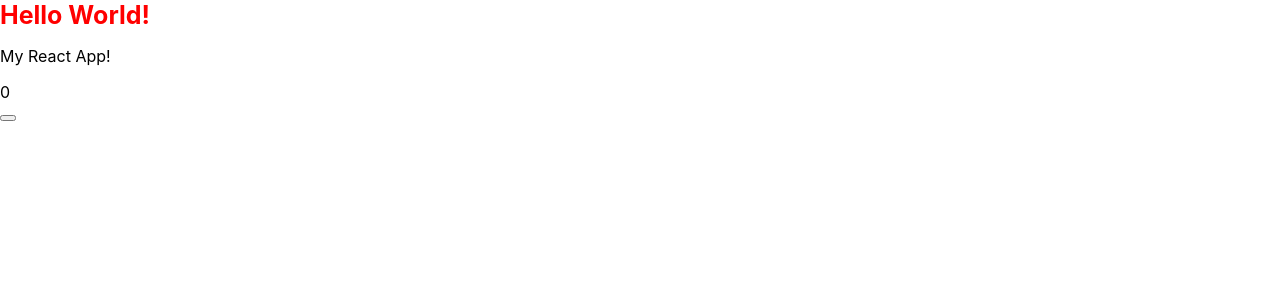
Repository: ruslan-horaiskyi/weatherApp
Page: /
The author's editor kept a copy of each file at every save. The page is drawn from the files as they stood at one save, then again after the next save.
The browser window is 1280 px wide. The pictures show the whole page.
The project was rebuilt for these pictures with package versions that can differ from the ones it lists, and the page was loaded fresh each time. Also part of the build but not shown: src/components/Button/Button.css, src/components/Button/Button.jsx.

Above is the page before, as saved 2023-04-20 16:44:09.

After the next save:
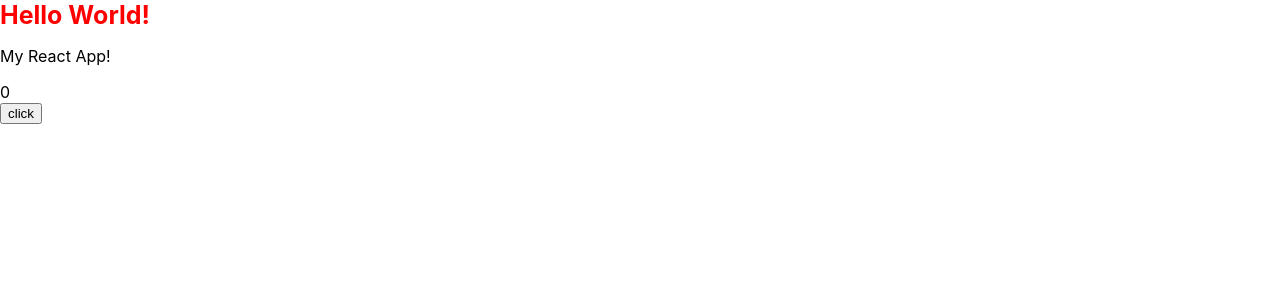
Saved 6 s later.
--- a/src/components/Counter/Counter.jsx
+++ b/src/components/Counter/Counter.jsx
@@ -1,12 +1,16 @@
-import { useState } from 'react';
+import { useState } from "react";
 
 export const Counter = () => {
   const [counter, setCounter] = useState(0);
 
-  return <>
-    <div>{counter}</div>
-    <button onClick={() => {
-      setCounter(12213);
-    }}></button>
-    </>;
-}
+  return (
+    <>
+      <div>{counter}</div>
+      <button
+        onClick={() => {
+          setCounter(12213);
+        }}
+      >click</button>
+    </>
+  );
+};
